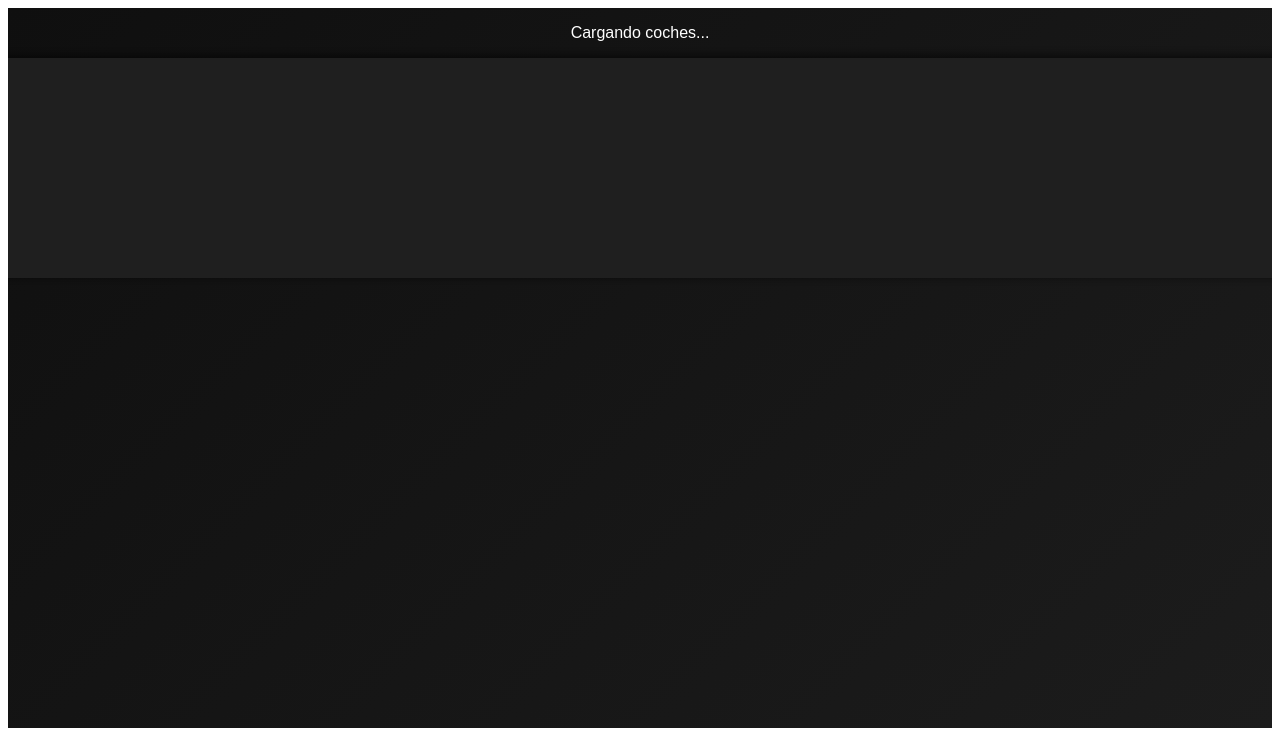
Repository: demoniers/clase
Page: /concesionario (app in misproyectos/concesionario/)
An editor plug-in stored every save of this project. The page is shown before and after a run of saves, followed by the edit.
The browser window is 1280 px wide. The pictures show the whole page.
The page's requests for data from a server got no answer. The project was rebuilt for these pictures with package versions that can differ from the ones it lists, and the page was loaded fresh each time. No one was signed in, and anything a server would have sent is missing. Imported but missing from the stored project, and not drawn on this page: misproyectos/concesionario/src/routes/Home.

Above is the page before, as saved 2025-03-19 12:08:43.

After the next 2 saves:
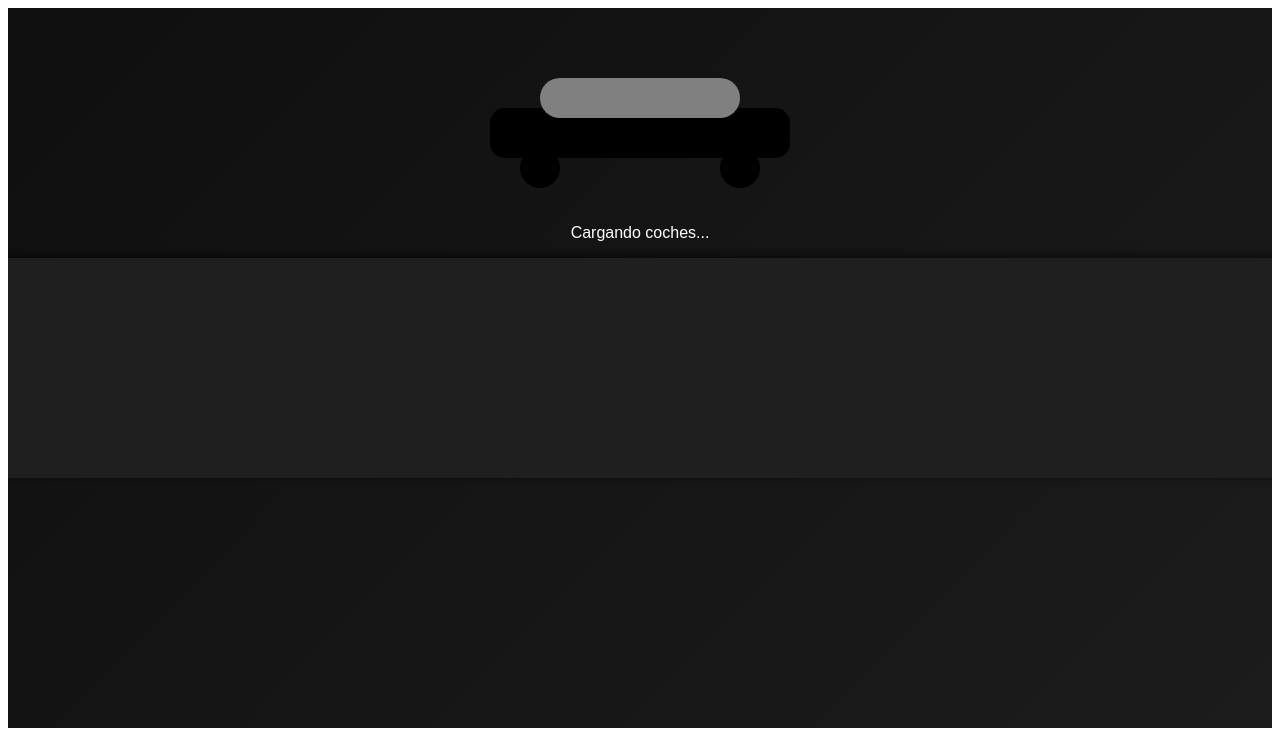
The 2 saves are shown as one change because 1 did not build or start.
The last was saved 11 min 50 s later.
--- a/misproyectos/concesionario/src/routes/concesionario/Concesionario.js
+++ b/misproyectos/concesionario/src/routes/concesionario/Concesionario.js
@@ -25,6 +25,16 @@ function Concesionario() {
 
   return (
     <div className="concesionario">
+    <svg width="400" height="200">
+      <rect x="50" y="100" width="300" height="50" rx="15" ry="15">
+        <animate attributeName="fill" values="red;orange;yellow;green;blue" dur="5s" repeatCount="indefinite" />
+      </rect>
+      <rect x="100" y="70" width="200" height="40" rx="20" ry="20" fill="gray">
+        <animate attributeName="fill" values="gray;silver;gray;silver" dur="5s" repeatCount="indefinite" />
+      </rect>
+      <circle cx="100" cy="160" r="20" fill="black" />
+      <circle cx="300" cy="160" r="20" fill="black" />
+    </svg>
       {cocheSeleccionado ? (
         <div className="contenido">
           <div className="imagen-grande">
